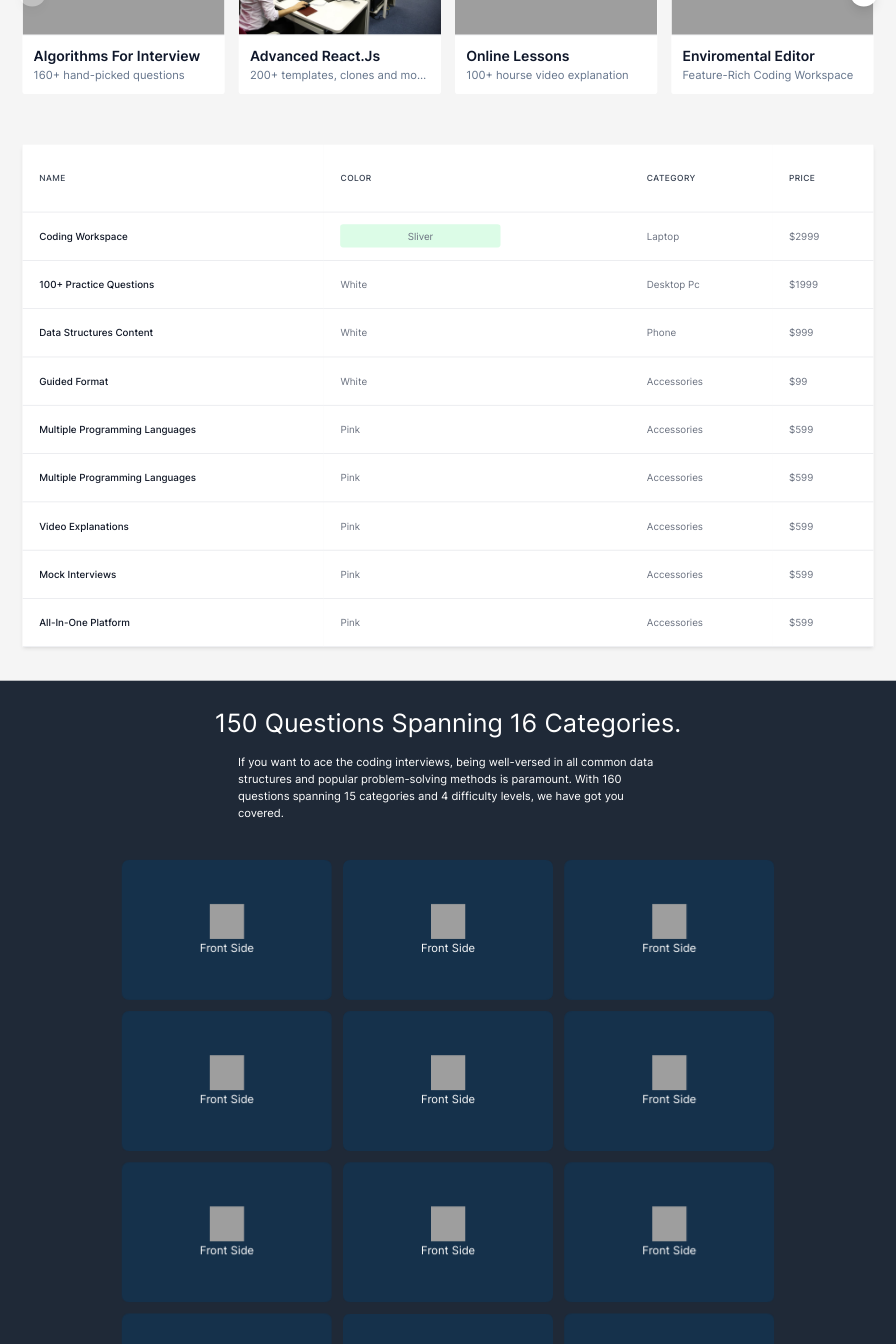
Repository: om1ars/Xjkey
Page: /
These files come from the project's save history. The page is drawn as it stood at one moment and after the next save; the edit follows.
The browser window is 1280 px wide. The pictures show the part of the page from y = 768 to 2688 px (the page is 3949 px tall before and 3967 px after), at 70% of full size.
Pictures or frames that could not be fetched are drawn as grey boxes. The project was rebuilt for these pictures with package versions that can differ from the ones it lists, and the page was loaded fresh each time. The framework's server and built-in components were replaced by stand-ins that run in the browser. Also part of the build but not shown: next.config.js.

Above is the page before, as saved 2022-03-19 02:01:55.

### src/pages/_app.tsx
import "@/css/fonts.css";
// Import Swiper styles
import "swiper/css";
import "swiper/css/free-mode";
import "swiper/css/scrollbar";
import "swiper/css/navigation";
//
import "@/css/main.scss";
import type { AppProps } from "next/app";
import { ThemeProvider } from "next-themes";
import { Header } from "@/components/Header";
import DefaultLayout from "@/layouts/DefaultLayout";

function MyApp({ Component, pageProps }: AppProps) {
  return (
    <ThemeProvider attribute="class" defaultTheme="system">
      <DefaultLayout>
        <Component {...pageProps} />
      </DefaultLayout>
    </ThemeProvider>
  );
}

export default MyApp;

### src/pages/_document.tsx
import NextDocument, {
  Html,
  Head,
  Main,
  NextScript,
  DocumentContext,
} from 'next/document';

export default class Document extends NextDocument {
  static async getInitialProps(ctx: DocumentContext) {
    const initialProps = await NextDocument.getInitialProps(ctx);
    return { ...initialProps };
  }

  render() {
    return (
      <Html lang='en' className='dark'>
        <Head>
          <link href='/favicons/site.webmanifest' rel='manifest' />
          <link href='/favicons/favicon.ico' rel='shortcut icon' />
          <link
            href='/favicons/apple-touch-icon.png'
            rel='apple-touch-icon'
            sizes='180x180'
          />
          <link
            href='/favicons/favicon-32x32.png'
            rel='icon'
            sizes='32x32'
            type='image/png'
          />
          <link
            href='/favicons/favicon-16x16.png'
            rel='icon'
            sizes='16x16'
            type='image/png'
          />
          <link
            rel='mask-icon'
            href='/favicons/safari-pinned-tab.svg'
            color='#6366f1'
          />
          <meta content='#ffffff' name='theme-color' />
          <meta content='#ffffff' name='msapplication-TileColor' />
          <meta
            content='/favicons/browserconfig.xml'
            name='msapplication-config'
          />
        </Head>
        <body className='dark:highlight-white/5 bg-neutral-100 text-slate-900 antialiased dark:bg-gray-800 dark:text-white'>
          <Main />
          <NextScript />
        </body>
      </Html>
    );
  }
}

### src/pages/index.tsx
import React from "react";
import SEO from "@/components/SEO";
import AboutUs from "@/components/HomeComponents/AboutUs";
import Hero from "@/components/HomeComponents/Hero";
import { FeaturedJobs } from "@/components/HomeComponents/FeaturedJobs";
import AlgoFlipCard from "@/components/HomeComponents/FlipCard";
import VideosComponents from "@/components/HomeComponents/VideosComponents";
import CompareTable from "@/components/HomeComponents/CompareTable";
export default function Home() {
  return (
    <>
      <SEO />
      <Hero />
      <main className="mx-auto max-w-screen-xl px-6 sm:px-8">
        <div className="mt-16 space-y-20">
          <FeaturedJobs />
        </div>
      </main>
      <main
        className="mx-auto max-w-screen-xl px-6 sm:px-8 "
        id="video-explanation"
      >
        <div className="mt-16 space-y-20">
          <CompareTable />
        </div>
      </main>
      <div className="mt-10 " id="flipCard">
        <AlgoFlipCard />
      </div>
      <main
        className="mx-auto max-w-screen-xl px-6 sm:px-8 "
        id="video-explanation"
      >
        <div className="mt-16 space-y-20">
          <VideosComponents />
        </div>
      </main>
    </>
  );
}

### src/css/fonts.css
@font-face {
  font-family: "Inter var";
  font-weight: 100 900;
  font-display: swap;
  font-style: normal;
  font-named-instance: "Regular";
  src: url("../fonts/Inter-roman-latin.var.woff2") format("woff2");
}

@font-face {
  font-family: "Inter var";
  font-weight: 100 900;
  font-display: swap;
  font-style: italic;
  font-named-instance: "Italic";
  src: url("../fonts/Inter-italic-latin.var.woff2") format("woff2");
}

### src/css/main.scss
@tailwind base;
@tailwind components;
@tailwind utilities;
@import "./flip-card.scss";
@layer base {
  .dark {
    color-scheme: dark;
  }
}

/* styling Swiper default navigations elements */
.swiper-button-next {
  background-color: theme("colors.white");
  height: 40px;
  width: 40px;
  border-radius: 100px;
  box-shadow: theme("boxShadow.lg");
  transition: all;
  transition-duration: 150ms;
}

html.dark .swiper-button-next {
  background-color: theme("colors.slate.600");
}

.swiper-button-next:hover {
  background-color: theme("colors.slate.200");
}

html.dark .swiper-button-next:hover {
  background-color: theme("colors.slate.400");
}

.swiper-button-next::after {
  color: black;
  font-size: 1rem;
  font-weight: bold;
}
html.dark .swiper-button-next::after {
  color: theme("colors.white");
}

.swiper-button-prev {
  background-color: theme("colors.white");
  height: 40px;
  width: 40px;
  border-radius: 100px;
  box-shadow: theme("boxShadow.lg");
  transition: all;
  transition-duration: 150ms;
}

html.dark .swiper-button-prev {
  background-color: theme("colors.slate.600");
}

.swiper-button-prev:hover {
  background-color: theme("colors.slate.200");
}

html.dark .swiper-button-prev:hover {
  background-color: theme("colors.slate.400");
}

.swiper-button-prev::after {
  color: black;
  font-size: 1rem;
  font-weight: bold;
}
html.dark .swiper-button-prev::after {
  color: theme("colors.white");
}

html.dark .swiper-scrollbar {
  background: rgb(255, 255, 255, 0.2);
}
html.dark .swiper-scrollbar-drag {
  background: rgb(255, 255, 255, 0.6);
}
/* end of styling Swiper default navigations elements */

### src/layouts/DefaultLayout.tsx
import Footer from "@/components/Footer";
import { Header } from "@/components/Header";
import React, { FC } from "react";

export default function DefaultLayout({ children }: any) {
  return (
    <div>
      <Header />
      <main>{children}</main>
      <Footer />
    </div>
  );
}

### src/components/SEO.tsx
import React from "react";
import Head from "next/head";

const defaultMeta = {
  title: "Job Seeking Landing Page - Miad V",
  description: "Exprimental Project",
};

const SEO: React.FC<any> = ({ children, ...customMeta }) => {
  const meta = {
    ...defaultMeta,
    ...customMeta,
  };
  return (
    <Head>
      <meta name="robots" content="noindex" />
      <title>{meta.title}</title>
      <meta name="description" content={meta.description} />
    </Head>
  );
};

export default SEO;

### src/components/HomeComponents/VideosComponents.tsx
import React from "react";

export default function VideosComponents() {
  return (
    <div className="flex justify-between text-justify sm:flex-col  md:flex-col lg:flex-row">
      <div className="w-6/12 pl-5 pr-5">
        <div>
          <h1 className="mb-3 text-4xl text-black">Our Videos Set Us Apart.</h1>
          <p>
            Lorem ipsum dolor sit amet consectetur, adipisicing elit. Unde
            architecto corporis obcaecati quis error autem impedit aliquid id
            fugiat pariatur doloremque, delectus voluptatibus maiores odit ipsa
            aspernatur dolorem quo non.
          </p>
        </div>
        <div className="mt-6 flex sm:flex-col md:flex-col lg:flex-row">
          <div className="mr-6 text-justify">
            <h3 className="mb-3 text-2xl text-black">Conceptual Overview</h3>
            <p>
              Lorem ipsum dolor sit amet, consectetur adipisicing elit. Quos
              beatae culpa eveniet error, nesciunt quo veritatis nihil debitis
              numquam enim totam dolorum esse perspiciatis incidunt labore,
              alias voluptatibus molestiae dignissimos!
            </p>
          </div>
          <div>
            <h3 className="mb-3 text-2xl text-black">Code Walkthrough</h3>
            <p>
              Lorem ipsum dolor sit amet, consectetur adipisicing elit. Quos
              beatae culpa eveniet error, nesciunt quo veritatis nihil debitis
              numquam enim totam dolorum esse perspiciatis incidunt labore,
              alias voluptatibus molestiae dignissimos!
            </p>
          </div>
        </div>
      </div>
      <div className="w-6/12 border"></div>
    </div>
  );
}

### src/components/HomeComponents/CompareTable.tsx
import React from "react";
import {MdOutlineDone} from 'react-icons/md'

export default function CompareTable() {
  return (
    <div>
      <div className="flex flex-col">
        <div className="overflow-x-auto sm:-mx-6 lg:-mx-8">
          <div className="inline-block min-w-full py-2 sm:px-6 lg:px-8">
            <div className="overflow-hidden shadow-md ">
              <table className="min-w-full">
                <thead className="bg-white  ">
                  <tr className="">
                    <th
                      scope="col"
                      className="py-3 px-6 text-left text-xs font-medium uppercase tracking-wider text-gray-700 dark:text-gray-400"
                    >
                      Name
                    </th>
                    <th
                      scope="col"
                      className="py-3 px-6   pt-10 pb-10 text-left text-xs font-medium uppercase tracking-wider text-gray-700 dark:text-gray-400"
                    >
                      Color
                    </th>
                    <th
                      scope="col"
                      className="py-3 px-6 text-left text-xs font-medium uppercase tracking-wider text-gray-700 dark:text-gray-400"
                    >
                      Category
                    </th>
                    <th
                      scope="col"
                      className="py-3 px-6 text-left text-xs font-medium uppercase tracking-wider text-gray-700 dark:text-gray-400"
                    >
                      Price
                    </th>
                  </tr>
                </thead>
                <tbody className="bg-white">
                  {/* Product 1 */}
                  <tr className="border-b border-gray-200 ">
                    <td className="whitespace-nowrap border-t py-4 px-6 pt-6 pb-6 text-sm font-medium text-gray-900 dark:text-white">
                      Coding Workspace
                    </td>
                    <td className="whitespace-nowrap border-t py-4 px-6 text-sm text-gray-500 dark:text-gray-400">
                      <span className="rounded bg-green-100 pl-24 pr-24 pt-2 pb-2">
                        Sliver
                      </span>
                    </td>
                    <td className="whitespace-nowrap border-t py-4 px-6 text-sm text-gray-500 dark:text-gray-400">
                      Laptop
                    </td>
                    <td className="whitespace-nowrap border-t py-4 px-6 text-sm text-gray-500 dark:text-gray-400">
                      $2999
                    </td>
                  </tr>
                  {/* Product 2 */}
                  <tr className="border-b border-gray-200 ">
                    <td className="whitespace-nowrap py-4 px-6 pt-6 pb-6 text-sm font-medium text-gray-900 dark:text-white">
                      100+ Practice Questions
                    </td>
                    <td className="whitespace-nowrap py-4 px-6 text-sm text-gray-500 dark:text-gray-400">
                      White
                    </td>
                    <td className="whitespace-nowrap py-4 px-6 text-sm text-gray-500 dark:text-gray-400">
                      Desktop Pc
                    </td>
                    <td className="whitespace-nowrap py-4 px-6 text-sm text-gray-500 dark:text-gray-400">
                      $1999
                    </td>
                  </tr>
                  {/* Product 3 */}
                  <tr className="border-b border-gray-200 ">
                    <td className="whitespace-nowrap py-4 px-6 pt-6 pb-6 text-sm font-medium text-gray-900 dark:text-white">
                      Data Structures Content
                    </td>
                    <td className="whitespace-nowrap py-4 px-6 text-sm text-gray-500 dark:text-gray-400">
                      White
                    </td>
                    <td className="whitespace-nowrap py-4 px-6 text-sm text-gray-500 dark:text-gray-400">
                      Phone
                    </td>
                    <td className="whitespace-nowrap py-4 px-6 text-sm text-gray-500 dark:text-gray-400">
                      $999
                    </td>
                  </tr>
                  {/* Product 4 */}
                  <tr className="border-b border-gray-200 ">
                    <td className="whitespace-nowrap py-4 px-6 pt-6 pb-6 text-sm font-medium text-gray-900 dark:text-white">
                      Guided Format
                    </td>
                    <td className="whitespace-nowrap py-4 px-6 text-sm text-gray-500 dark:text-gray-400">
                      White
                    </td>
                    <td className="whitespace-nowrap py-4 px-6 text-sm text-gray-500 dark:text-gray-400">
                      Accessories
                    </td>
                    <td className="whitespace-nowrap py-4 px-6 text-sm text-gray-500 dark:text-gray-400">
                      $99
                    </td>
                  </tr>
                  {/* Product 5 */}
                  <tr className="border-b border-gray-200 ">
                    <td className="whitespace-nowrap py-4 px-6 pt-6 pb-6 text-sm font-medium text-gray-900 dark:text-white">
                      Multiple Programming Languages{" "}
                    </td>
                    <td className="whitespace-nowrap py-4 px-6 text-sm text-gray-500 dark:text-gray-400">
                      Pink
                    </td>
                    <td className="whitespace-nowrap py-4 px-6 text-sm text-gray-500 dark:text-gray-400">
                      Accessories
                    </td>
                    <td className="whitespace-nowrap py-4 px-6 text-sm text-gray-500 dark:text-gray-400">
                      $599
                    </td>
                  </tr>
                  <tr className="border-b border-gray-200 ">
                    <td className="whitespace-nowrap py-4 px-6 pt-6 pb-6 text-sm font-medium text-gray-900 dark:text-white">
                      Multiple Programming Languages{" "}
                    </td>
                    <td className="whitespace-nowrap py-4 px-6 text-sm text-gray-500 dark:text-gray-400">
                      Pink
                    </td>
                    <td className="whitespace-nowrap py-4 px-6 text-sm text-gray-500 dark:text-gray-400">
                      Accessories
                    </td>
                    <td className="whitespace-nowrap py-4 px-6 text-sm text-gray-500 dark:text-gray-400">
                      $599
                    </td>
                  </tr>
                  <tr className="border-b border-gray-200 ">
                    <td className="whitespace-nowrap py-4 px-6 pt-6 pb-6 text-sm font-medium text-gray-900 dark:text-white">
                      Video Explanations
                    </td>
                    <td className="whitespace-nowrap py-4 px-6 text-sm text-gray-500 dark:text-gray-400">
                      Pink
                    </td>
                    <td className="whitespace-nowrap py-4 px-6 text-sm text-gray-500 dark:text-gray-400">
                      Accessories
                    </td>
                    <td className="whitespace-nowrap py-4 px-6 text-sm text-gray-500 dark:text-gray-400">
                      $599
                    </td>
                  </tr>
                  <tr className="border-b border-gray-200 ">
                    <td className="whitespace-nowrap py-4 px-6 pt-6 pb-6 text-sm font-medium text-gray-900 dark:text-white">
                      Mock Interviews
                    </td>
                    <td className="whitespace-nowrap py-4 px-6 text-sm text-gray-500 dark:text-gray-400">
                      Pink
                    </td>
                    <td className="whitespace-nowrap py-4 px-6 text-sm text-gray-500 dark:text-gray-400">
                      Accessories
                    </td>
                    <td className="whitespace-nowrap py-4 px-6 text-sm text-gray-500 dark:text-gray-400">
                      $599
                    </td>
                  </tr>
                  <tr className="border-b border-gray-200 ">
                    <td className="whitespace-nowrap py-4 px-6 pt-6 pb-6 text-sm font-medium text-gray-900 dark:text-white">
                      All-In-One Platform
                    </td>
                    <td className="whitespace-nowrap py-4 px-6 text-sm text-gray-500 dark:text-gray-400">
                      Pink
                    </td>
                    <td className="whitespace-nowrap py-4 px-6 text-sm text-gray-500 dark:text-gray-400">
                      Accessories
                    </td>
                    <td className="whitespace-nowrap py-4 px-6 text-sm text-gray-500 dark:text-gray-400">
                      $599
                    </td>
                  </tr>
                </tbody>
              </table>
            </div>
          </div>
        </div>
      </div>
    </div>
  );
}

### src/css/flip-card.scss
.algo_flip_card_container {
  width: 100%;
  padding: 40px;
  height: 100%;
  background: #1f2937;
  //   display: flex;
  justify-content: center;
  align-items: center;
}
.services-box {
  display: flex;
  justify-content: center;
  align-items: center;
  flex-wrap: wrap;
}

.service {
  margin: 8px;
}

.flip-box {
  background-color: transparent;
  width: 300px;
  height: 200px;
  //   border: 1px solid #15314b;
  border-radius: 10px;
  perspective: 1000px;
}

.flip-box-inner {
  position: relative;
  width: 100%;
  height: 100%;
  text-align: center;
  transition: transform 0.4s;
  transform-style: preserve-3d;

  display: flex;
  justify-content: center;
  align-items: center;
}

.flip-box:hover .flip-box-inner {
  transform: rotateY(180deg);
}

.flip-box-front,
.flip-box-back {
  position: absolute;
  width: 100%;
  height: 100%;
  -webkit-backface-visibility: hidden;
  backface-visibility: hidden;

  display: flex;
  justify-content: center;
  align-items: center;
  flex-direction: column;
}

.flip-box-front {
  background-color: #15314b;
  color: white;
  border-radius: 10px;
}

.flip-box-front img {
  height: 50px;
  width: 50px;
}

.flip-box-back {
  background-color: #15314b;
  color: white;
  transform: rotateY(180deg);
  border-radius: 10px;
  padding: 16px;
}

### src/components/Footer.tsx
import React from "react";

export default function Footer() {
  return (
    <div>
      <div className="bg-darkBg text-whiteBg flex flex-col items-center justify-center pl-48 pr-48 pt-16 pb-10">
        <div className="lg:flex sm:flex md:flex sm:flex-wrap md:flex-wrap ">
          <div className="ml-4 flex ">
            <span className="mr-2 ml-2">Contact us</span>
            <div className=" ml-2 w-0.5 bg-gray-500"></div>
          </div>
          <div className="ml-4 flex ">
            <span className="mr-2 ml-2">FAQ</span>
            <div className=" ml-2 w-0.5 bg-gray-500"></div>
          </div>
          <div className="ml-4 flex ">
            <span className="mr-2 ml-2">Reviews</span>
            <div className=" ml-2 w-0.5 bg-gray-500"></div>
          </div>
          <div className="ml-4 flex ">
            <span className="mr-2 ml-2">Blog</span>
            <div className=" ml-2 w-0.5 bg-gray-500"></div>
          </div>
          <div className="ml-4 flex ">
            <span className="mr-2 ml-2">Jobs</span>
            <div className=" ml-2 w-0.5 bg-gray-500"></div>
          </div>
          <div className="ml-4 flex ">
            <span className="mr-2 ml-2 ">Legal stuff</span>
          </div>

        </div>
        <div className="mt-6">
          <span>Copyright © 2017-2022 EzCode LLC. All rights reserved.</span>
        </div>
      </div>
    </div>
  );
}

### src/components/Logo.tsx
import clsx from "clsx";
import React from "react";

export default function Logo() {
  return (
    <span
      className={clsx(
        "bg-gradient-to-r from-fuchsia-800 via-purple-600 to-indigo-800 bg-clip-text align-middle text-3xl font-black tracking-widest text-transparent"
      )}
    >
      HIREDLi
    </span>
  );
}

### src/utils/assertions.ts
export const __DEV__ = process.env.NODE_ENV !== "production";

Loaded but not shown: tailwind.config.js (18 lines, source omitted); src/components/Header.tsx (699 lines, source omitted); src/components/HomeComponents/FlipCard.tsx (283 lines, source omitted); src/components/HomeComponents/AuthenticationDialog.tsx (206 lines, source omitted); src/components/ThemeToggle.tsx (220 lines, source omitted); src/components/HomeComponents/Hero.tsx (170 lines, source omitted); src/components/HomeComponents/FeaturedJobs.tsx (143 lines, source omitted); src/components/Button/index.tsx (185 lines, source omitted)

After the next save:
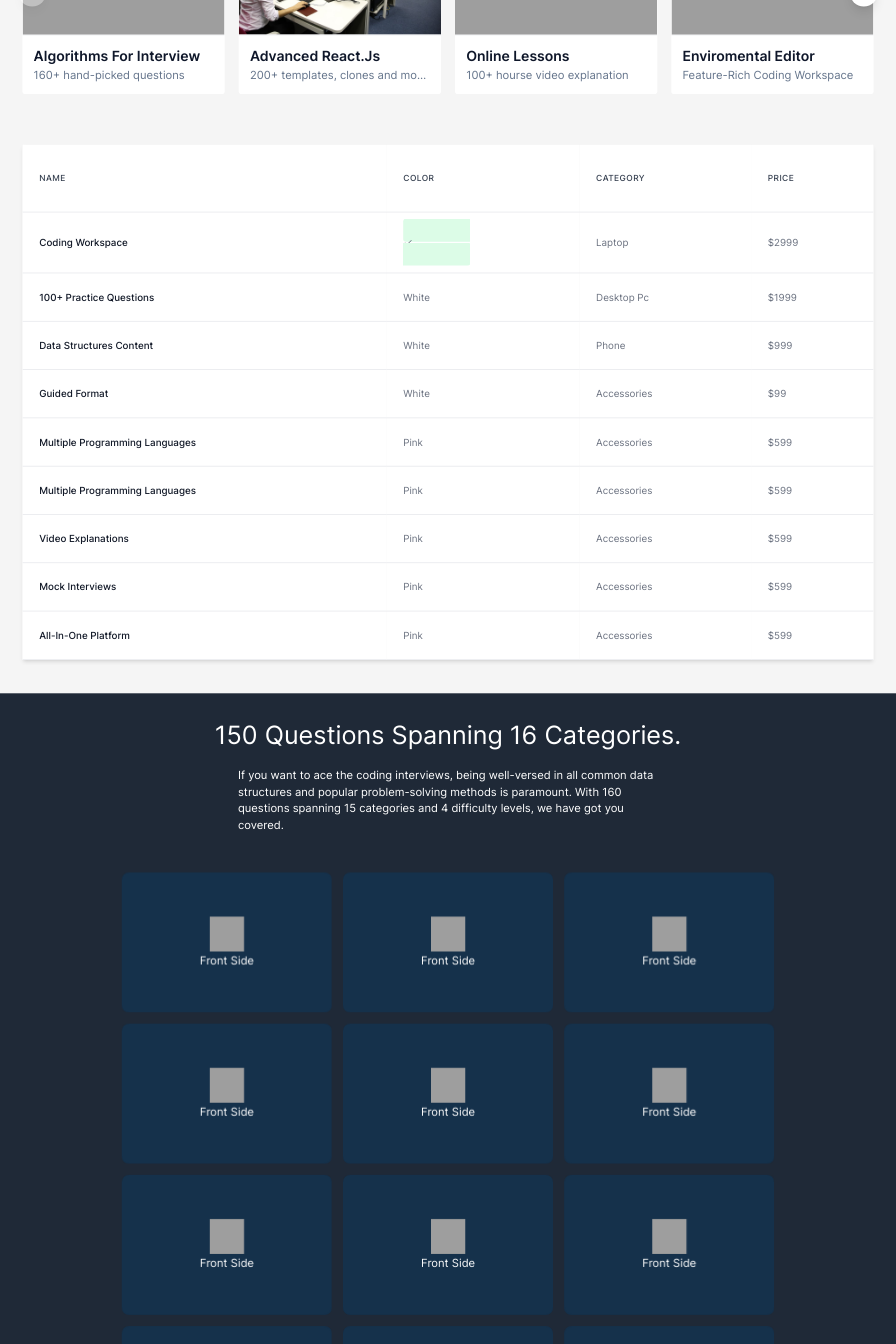
Saved 13 s later.
--- a/src/components/HomeComponents/CompareTable.tsx
+++ b/src/components/HomeComponents/CompareTable.tsx
@@ -45,7 +45,7 @@ export default function CompareTable() {
                     </td>
                     <td className="whitespace-nowrap border-t py-4 px-6 text-sm text-gray-500 dark:text-gray-400">
                       <span className="rounded bg-green-100 pl-24 pr-24 pt-2 pb-2">
-                        Sliver
+                        <MdOutlineDone />
                       </span>
                     </td>
                     <td className="whitespace-nowrap border-t py-4 px-6 text-sm text-gray-500 dark:text-gray-400">
